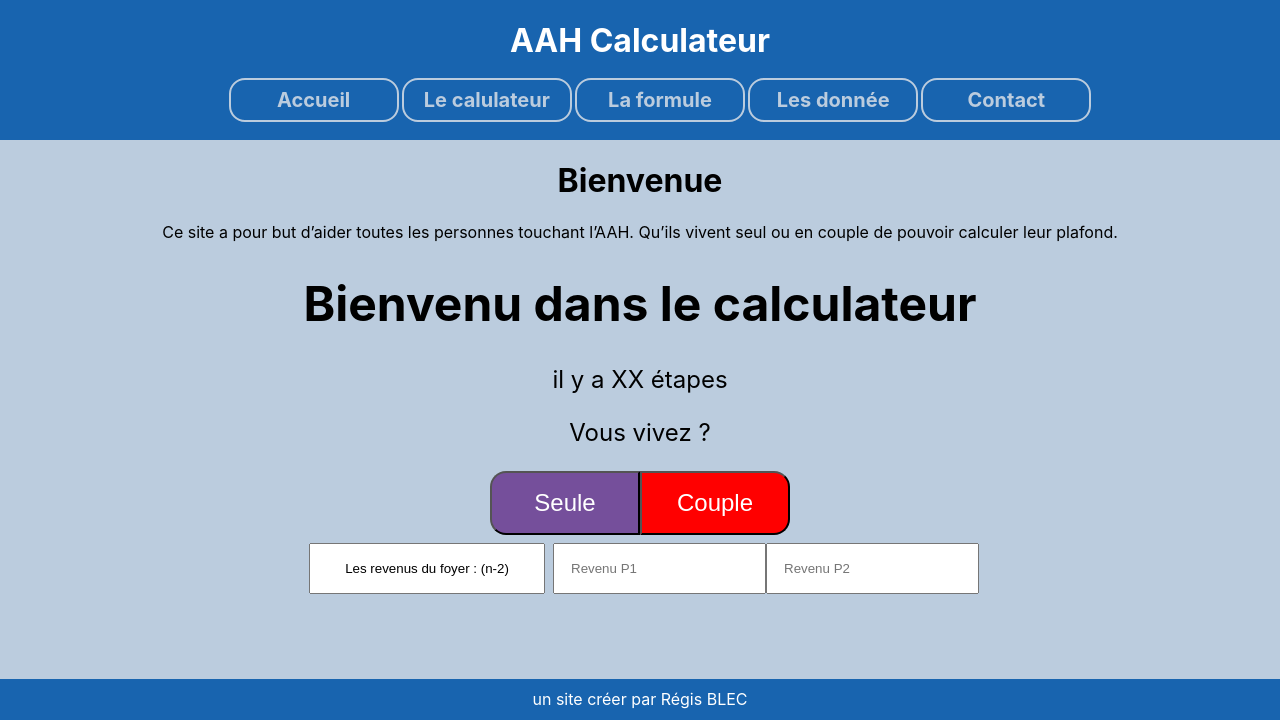
Repository: Cide74/calculateur-aah
Page: /
An editor plug-in stored every save of this project. The page is shown before and after a run of saves, followed by the edit.
The browser window is 1280 px wide. The pictures show the whole page.
The project was rebuilt for these pictures with package versions that can differ from the ones it lists, and the page was loaded fresh each time.

Above is the page before, as saved 2021-04-05 18:36:44.

### public/index.html
<!DOCTYPE html>
<html lang="fr">
  <head>
    <meta charset="utf-8" />
    <link rel="icon" href="%PUBLIC_URL%/logoAAH.ico" />
    <meta name="viewport" content="width=device-width, initial-scale=1" />
    <meta name="theme-color" content="#000000" />
    <meta
      name="description"
      content="Web site created using create-react-app"
    />
    <link rel="apple-touch-icon" href="%PUBLIC_URL%/logoAAH.jpg" />
    <!--
      manifest.json provides metadata used when your web app is installed on a
      user's mobile device or desktop. See https://developers.google.com/web/fundamentals/web-app-manifest/
    -->
    <link rel="manifest" href="%PUBLIC_URL%/manifest.json" />
    <!--
      Notice the use of %PUBLIC_URL% in the tags above.
      It will be replaced with the URL of the `public` folder during the build.
      Only files inside the `public` folder can be referenced from the HTML.

      Unlike "/favicon.ico" or "favicon.ico", "%PUBLIC_URL%/favicon.ico" will
      work correctly both with client-side routing and a non-root public URL.
      Learn how to configure a non-root public URL by running `npm run build`.
    -->
    <title>React App</title>
  </head>
  <body>
    <noscript>You need to enable JavaScript to run this app.</noscript>
    <div id="root"></div>
    <!--
      This HTML file is a template.
      If you open it directly in the browser, you will see an empty page.

      You can add webfonts, meta tags, or analytics to this file.
      The build step will place the bundled scripts into the <body> tag.

      To begin the development, run `npm start` or `yarn start`.
      To create a production bundle, use `npm run build` or `yarn build`.
    -->
  </body>
</html>

### src/index.css
body {
  margin: 0;
  font-family: -apple-system, BlinkMacSystemFont, 'Segoe UI', 'Roboto', 'Oxygen',
    'Ubuntu', 'Cantarell', 'Fira Sans', 'Droid Sans', 'Helvetica Neue',
    sans-serif;
  -webkit-font-smoothing: antialiased;
  -moz-osx-font-smoothing: grayscale;







  background-color:#BBCCDE;
  background-color:#1864AF;
}

code {
  font-family: source-code-pro, Menlo, Monaco, Consolas, 'Courier New',
    monospace;
}

### src/App.js
import Header from './components/Header/Header';
import Menu from './components/Menu/Menu';
import Main from './components/Main/Main';
import Footer from './components/Footer/Footer';

import './App.scss';

function App() {
  return (
    <div className="App">
      <Header />
      <Menu />
      <Main />
      <Footer />
    </div>
  );
}

export default App;

### src/components/Header/Header.js
//import Menu from '../Menu/Menu';
import './Header.scss';

export default function Header() {
  return (
    <div className="header">
      <h1 className="header-title">AAH Calculateur</h1>

    </div>
  );
}

### src/components/Menu/Menu.js

import './Menu.scss';

export default function Menu() {
  return (
		<nav className="menu">
			<ul className="menu__list">
				<li className="menu__item menu__item--current">
          <a className="menu__link">Accueil</a></li>
				<li className="menu__item">
          <a className="menu__link">Le calulateur</a></li>
				<li className="menu__item">
          <a className="menu__link">La formule</a></li>
				<li className="menu__item">
          <a className="menu__link">Les donnée</a></li>
				<li className="menu__item">
          <a className="menu__link">Contact</a></li>
			</ul>
		</nav>
  );
}

### src/components/Main/Main.js
import Home from '../Home/Home';
import Calculator from '../Calculator/Calculator';

import './Main.scss';

export default function Main() {
  return (
    <div className="Main">
      < Home />
      < Calculator />

    </div>
  );
}

### src/components/Footer/Footer.js
import './Footer.scss';

export default function Footer() {
  return (
    <div className="Footer">
      <h1 className="Footer-title">un site créer par Régis BLEC</h1>
    </div>
  );
}

### src/App.scss
.App {

  text-align: center;
  background-color:#1864AF ;
  background-color:#BBCCDE;

  display: flex;
  flex-direction: column;
  min-height: 100vh;

  h1 {
   // color:white;
  }
}

### src/components/Header/Header.scss
.header {
    background-color:#1864AF;
    &-title {
        color: white;
        font-size: 2em;
        background-color:#1864AF;
        margin-bottom: 0rem ;
    }
}

### src/components/Menu/Menu.scss
.menu {
    color:#BBCCDE;
    background-color:#1864AF;
    &__list {
        display:inline-flex;
    }
    &__item {
        max-width: auto;
        margin:0.1rem;
        padding: 0.5rem;
        list-style:none;
        font-size: 1.25em;
        font-weight: bolder;
        border-radius: 1rem ;
        border:2px solid #BBCCDE;
        min-width: 150px;
    }
    &__item:hover {
            color :#1864AF;
            border-radius: 3rem ;
            background-color:#BBCCDE;
        }
}

### src/components/Home/Home.js


import './Home.scss';

export default function Home() {
  return (
    <div className='Home'>
      <h1>Bienvenue</h1>
      <p>Ce site a pour but d’aider toutes les personnes touchant l’AAH. Qu’ils vivent seul ou en couple de pouvoir calculer leur plafond. </p>

    </div>
  );
}

### src/components/Calculator/Calculator.js
import React from 'react';
import { Button } from 'semantic-ui-react'

import './Calculator.scss';

export default function Calculator() {

  return (
    <div className='calculateur'>



      <h1>Bienvenu dans le calculateur</h1>
      <p>il y a XX étapes </p>
        <form className="form">

          <div className='form-situation'>
            {/*
            <input
              type='text'
              className='form-situation-text'
              //onChange= ''
              value="Votre situation:"
              name='revenu-text'
            />*/}
            <p>Vous vivez ?</p>
            <Button
              className='form-situation-seule'
              content='Seule'
              name='Seule'
              />
            <Button
              className='form-situation-couple'
              content='Couple'
              name='Couple'
              />


          </div>
        </form>
      <form className='form'>
        <div className="field-revenu">
          <input
            type='text'
            className='field-input-revenu-text'
            onChange= ''
            value="Les revenus du foyer : (n-2)"
            name='revenu-text'
          />
          <input
            type='number'
            className='field-input-revenu'
            onChange= ''
            value=""
            //onChange={handleChange}
            placeholder='Revenu P1 '
            name='revenu1'
          />
          <input
            type='number'
            className='field-input-revenu'
            onChange= ''
            value=""
            //onChange={handleChange}
            placeholder='Revenu P2 '
            name='revenu1'
          />
        </div>
      </form>
    </div>
  );
}

### src/components/Main/Main.scss
.Main {
    background-color: #BBCCDE;
    flex: 1;


    p {
    overflow: auto;
    }

}

### src/components/Footer/Footer.scss
.Footer {

    text-align: center;
    background-color:#1864AF;

    position: relative;
    width: 100%;

    &-title {
        text-align: center;
        text-overflow: clip;
        color:white;
        font-weight: normal;
        font-size: 1em;
    }

}

### src/components/Calculator/Calculator.scss
.calculateur {
   // color:orange;
    font-size: 1.5rem;
    .form {
        text-align: center;

        &-situation-text {
            color:red;
            margin: 0.25rem;
            padding: 1rem;
            border-radius: 1rem 0rem 0rem 1rem;
        }
        &-situation-seule {
            font-size: 1.5rem;
            color:white;
            background-color: rgb(117, 79, 155);
            border-radius: 1rem 0rem 0rem 1rem;
            margin: 0rem;
            padding: 1rem;
            width: 150px;
        }
        &-situation-couple {
            font-size: 1.5rem;
            color:white;
            background-color: red;
            border-radius: 0rem 1rem 1rem 0rem;
            margin: 0rem;
            padding: 1rem;
            width: 150px;
        }
    }


    .field-input-revenu {
        color:red;

        width: max-content;
        padding: 1rem;

        &-text {
            text-align: center;
            width: 200px;
            margin: 0.5rem;
            padding: 1rem;
        }}
}

Loaded but not shown: src/index.js (common file); src/reportWebVitals.js (common file); src/components/Home/Home.scss (no stored copy; drawn as an empty file)

After the next 4 saves:
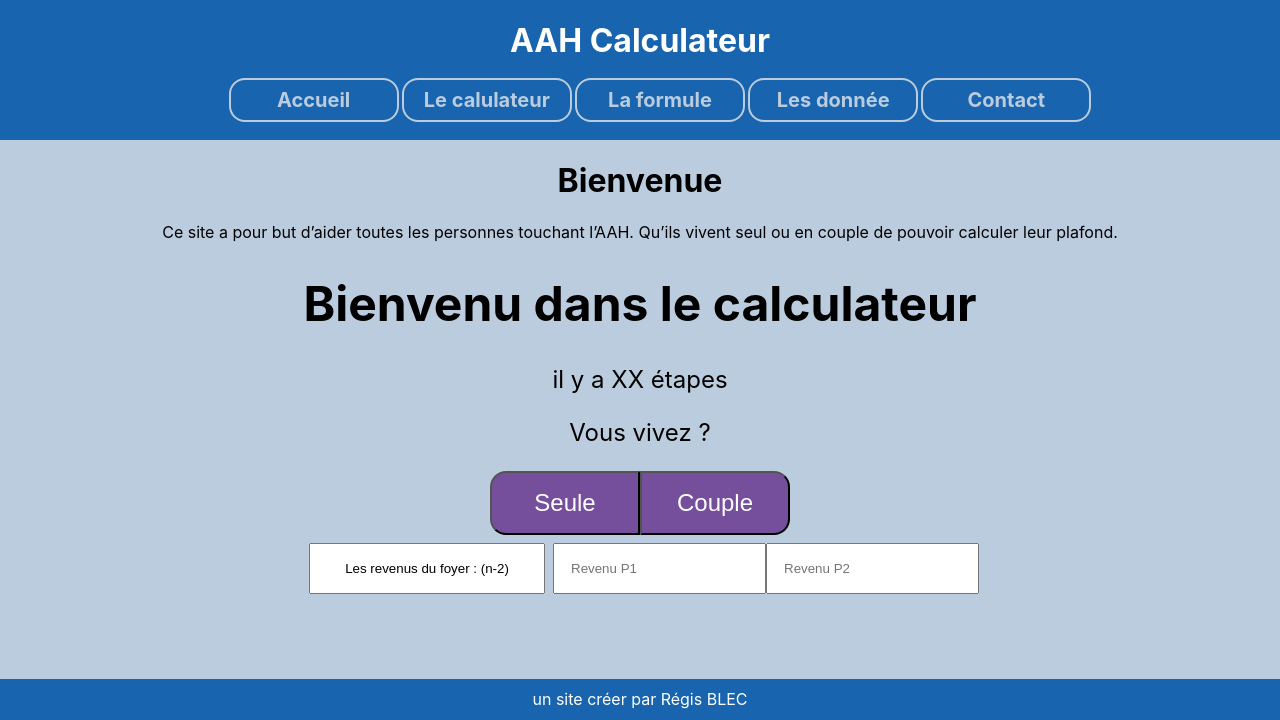
The 4 saves are shown as one change because they came seconds apart.
The last was saved 20 s later.
--- a/src/components/Calculator/Calculator.scss
+++ b/src/components/Calculator/Calculator.scss
@@ -22,7 +22,7 @@
         &-situation-couple {
             font-size: 1.5rem;
             color:white;
-            background-color: red;
+            background-color: rgb(117, 79, 155);
             border-radius: 0rem 1rem 1rem 0rem;
             margin: 0rem;
             padding: 1rem;
